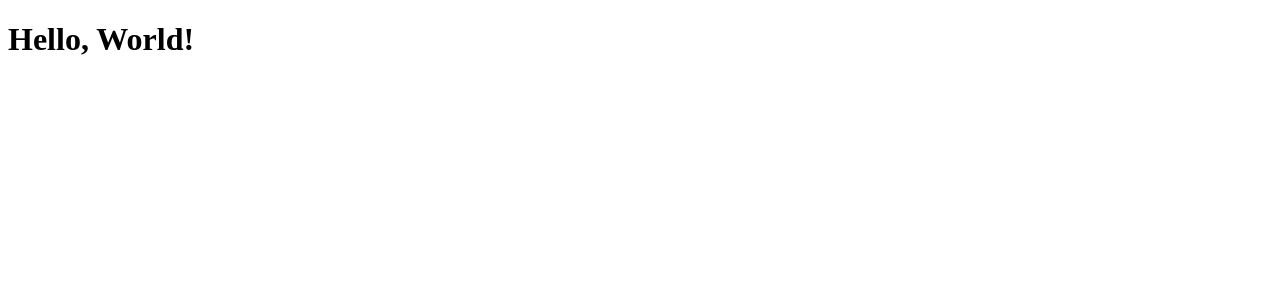
Repository: wendeshiro/D3-F-week1
Page: /
The author's editor kept a copy of each file at every save. The page is drawn from the files as they stood at one save, then again after a run of saves.
The browser window is 1280 px wide. The pictures show the whole page.
The project was rebuilt for these pictures with package versions that can differ from the ones it lists, and the page was loaded fresh each time. Also part of the build but not shown: vite.config.js, src/index.css.

Above is the page before, as saved 2025-09-08 15:39:05.

After the next 2 saves:
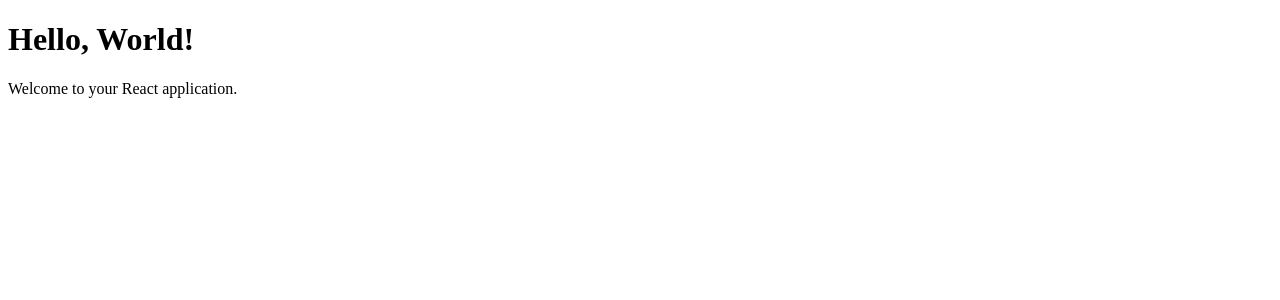
The 2 saves are shown as one change because they came seconds apart.
The last was saved 88 s later.
--- a/src/App.jsx
+++ b/src/App.jsx
@@ -2,6 +2,7 @@ function App() {
   return (
     <div className="Title">
       <h1>Hello, World!</h1>
+      <p>Welcome to your React application.</p>
     </div>
   );
 }
